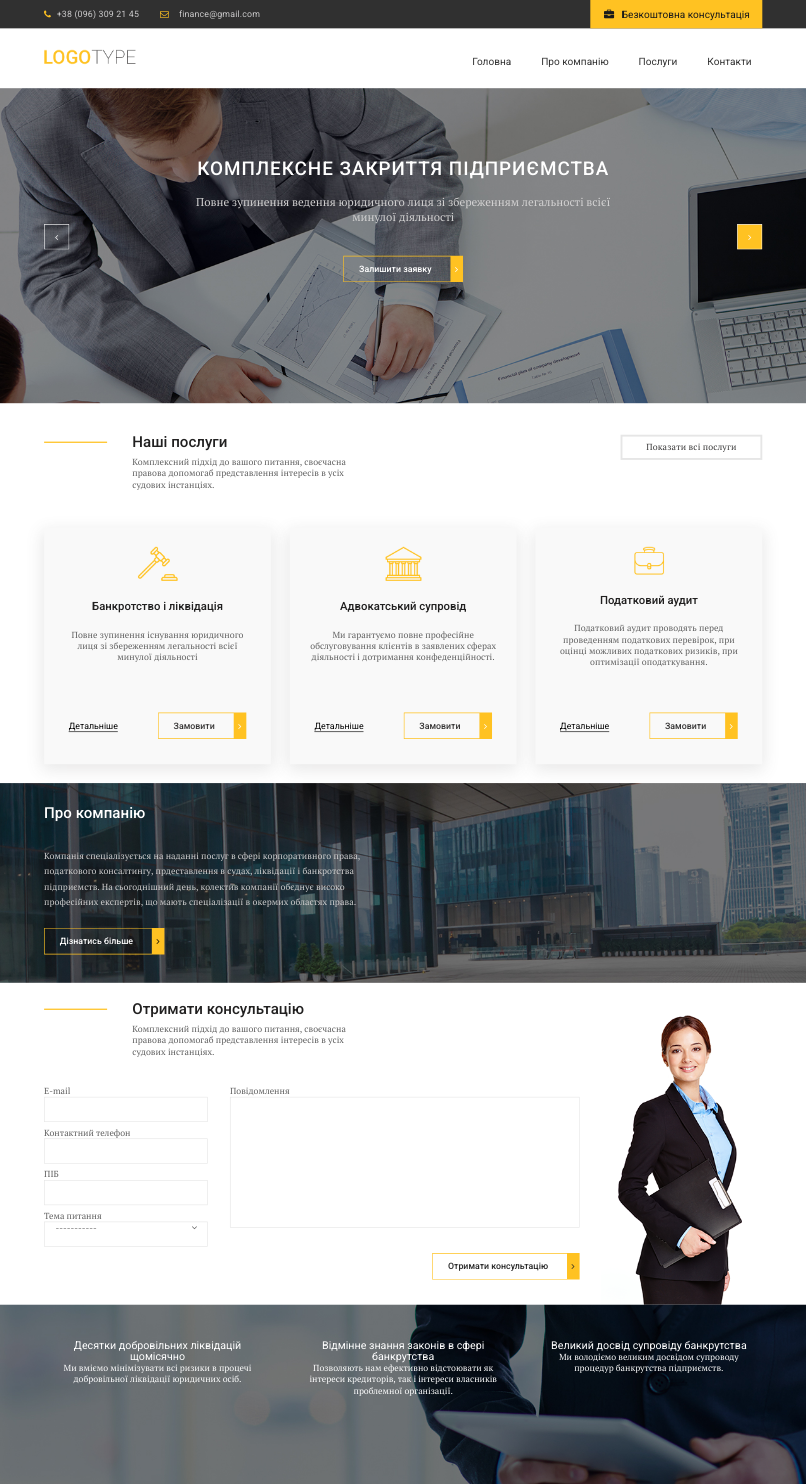
Repository: oliachipko/companysait
Page: index.html
An editor plug-in stored every save of this project. The page is shown before and after the next save, followed by the edit.
The browser window is 1280 px wide. The pictures show the whole page, at 63% of full size.

Above is the page before, as saved 2020-11-20 10:22:34.

### index.html
<!DOCTYPE html>
<html lang="en">
  <head>
    <meta charset="UTF-8" />
    <meta name="viewport" content="width=device-width, initial-scale=1.0" />
    <title>Document</title>
    <link rel="preconnect" href="https://fonts.gstatic.com" />
    <link href="https://fonts.googleapis.com/css2?family=PT+Serif:wght@400;700&family=Roboto:wght@400;500;700&display=swap"
      rel="stylesheet"/>
    <link rel="stylesheet" href="css/normalize.css" />
    <link rel="stylesheet" href="css/fonts.css" />
    <link rel="stylesheet" href="css/jquery.fancybox.min.css" />
    <link rel="stylesheet" href="css/slick.css" />
    <link rel="stylesheet" href="css/jquery.formstyler.css">
    <link rel="stylesheet" href="css/style.css" />
  </head>
  <body>
    <header class="header">
      <div class="header__top">
        <div class="container">
          <div class="header__contacts">
            <a class="header__phone" href="tel:380963092145">+38 (096) 309 21 45</a>
            <a class="header__email" href="#">finance@gmail.com</a>
            <a data-fancybox data-src="#modal" href="javascript:;" href="#" class="header__btn">
              Безкоштовна консультація
            </a>
          </div>
        </div>
      </div>
      <div class="header__content">
        <div class="container">
          <div class="header__content-inner">
            <div class="header__logo">
              <a href="#">
                <img src="img/logo.png" alt="" />
              </a>
            </div>
            <nav class="menu">
              <ul>
                <li><a href="#">Головна</a></li>
                <li><a href="#">Про компанію</a></li>
                <li><a href="#">Послуги</a></li>
                <li><a href="#">Контакти</a></li>
              </ul>
            </nav>
          </div>
        </div>
      </div>
    </header>
    <section class="slider">
      <div class="container">
        <div class="slider__inner">
          <div class="slider__item">
            <div class="slider__item-content">
              <div class="slider__title">КОМПЛЕКСНЕ ЗАКРИТТЯ ПІДПРИЄМСТВА</div>
              <div class="slider__text">
                Повне зупинення ведення юридичного лиця зі збереженням
                легальності всієї минулої діяльності
              </div>
              <a data-fancybox data-src="#modal" href="javascript:;" class="slider__btn default-btn">
                Залишити заявку
              </a>
            </div>
          </div>

          <div class="slider__item">
            <div class="slider__item-content">
              <div class="slider__title">КОМПЛЕКСНЕ ЗАКРИТТЯ ПІДПРИЄМСТВА</div>
              <div class="slider__text">
                Повне зупинення ведення юридичного лиця зі збереженням
                легальності всієї минулої діяльності
              </div>
              <a data-fancybox data-src="#modal" href="javascript:;" class="slider__btn default-btn">
                Залишити заявку
              </a>
            </div>
          </div>

          <div class="slider__item">
            <div class="slider__item-content">
              <div class="slider__title">КОМПЛЕКСНЕ ЗАКРИТТЯ ПІДПРИЄМСТВА</div>
              <div class="slider__text">
                Повне зупинення ведення юридичного лиця зі збереженням
                легальності всієї минулої діяльності
              </div>
              <a data-fancybox data-src="#modal" href="javascript:;"class="slider__btn default-btn">
                Залишити заявку
              </a>
            </div>
          </div>
        </div>
      </div>
    </section>
    <section class="services">
      <div class="container">
        <div class="services__top">
          <div class="services__title-box">
            <div class="services__title">Наші послуги</div>
            <div class="services__text">
              Комплексний підхід до вашого питання, своєчасна правова допомогаб
              представлення інтересів в усіх судових інстанціях.
            </div>
          </div>
          <div class="services__btn">
          <a href="" class="services__btn"> Показати всі послуги </a>
        </div>
      </div>
      <div class="services__items">
        <div class="services__item">
          <img src="img/about-1.png" alt="">
          <div class="services__item-title">
            Банкротство і ліквідація
          </div>
          <div class="services__item-text">
            Повне зупинення існування юридичного лиця зі збереженням легальності всієї
            минулої діяльності
          </div>
          <div class="services__item-btn">
            <a class="services__item-link" href="#">Детальніше</a>
            <a data-fancybox data-src="#modal" href="javascript:;" class="default-btn">
                Замовити
            </a>
          </div>
        </div>

        <div class="services__item">
          <img src="img/about-2.png" alt="">
          <div class="services__item-title">
            Адвокатський супровід
          </div>
          <div class="services__item-text">
            Ми гарантуємо повне професійне обслуговування клієнтів в заявлених сферах
            діяльності і дотримання конфеденційності.
          </div>
          <div class="services__item-btn">
            <a class="services__item-link" href="#">Детальніше</a>
            <a data-fancybox data-src="#modal" href="javascript:;" class="default-btn">
                Замовити
            </a>
          </div>
        </div>

        <div class="services__item">
          <img src="img/about-3.png" alt="">
          <div class="services__item-title">
            Податковий аудит
          </div>
          <div class="services__item-text">
            Податковий аудит проводять перед проведенням податкових перевірок, при оцінці можливих
            податкових ризиків, при оптимізації оподаткування.
          </div>
          <div class="services__item-btn">
            <a class="services__item-link" href="#">Детальніше</a>
            <a data-fancybox data-src="#modal" href="javascript:;" class="default-btn">
                Замовити
            </a>
          </div>
        </div>
      </div>
    </section>
    <section class="about">
      <div class="container">
        <div class="about__inner">
        <div class="about__title">
          Про компанію
        </div>
        <div class="about__text">
          Компанія спеціалізується на наданні послуг в сфері корпоративного права, податкового
          консалтингу, прдеставлення в судах, ліквідації і банкротства підприємств. На
          сьогоднішний день, колектив компанії обєднує
          високо професійних експертів, що мають
          спеціалізації в окермих областях права.

        </div>
        <a  href="#" class="about__btn default-btn">
          Дізнатись більше
      </a>

      </div>
    </div>
    </section>
    <section class="form">
     <div class="container">
       <div class="form__inner">
         <div class="form__content">
          <div class="form__title-box">
            <div class="form__title">
              Отримати консультацію
            </div>
            <div class="form__text">
              Комплексний підхід до вашого питання, своєчасна правова допомогаб
              представлення інтересів в усіх судових інстанціях.
            </div>
          </div>
          <div class="form__box">
            <form>
              <div class="form__box-inner">
                <div class="form__box-left">
                  <label>
                  E-mail
                    <input type="text">
                  </label>
                  <label>
                  Контактний телефон
                    <input type="text">
                  </label>
                  <label>
                  ПІБ
                    <input type="text">
                  </label>
                  <label>
                    Тема питання
                    <select>
                      <option>-----------</option>
                      <option>-----------</option>
                      <option>-----------</option>
                      <option>-----------</option>
                    </select>
                  </label>

                </div>
                <div class="form__box-right">
                  <label>
                    Повідомлення
                    <textarea></textarea>
                  </label>
                  <button class="default-btn" type="submit">Отримати консультацію</button>
                </div>
              </div>
            </form>
          </div>

         </div>
       </div>
     </div>
    </section>
    <section class="advantages">
      <div class="container">
        <div class="advantages__inner">
          <div class="advantages-item">
            <div class="advantages__title">
              Десятки добровільних ліквідацій щомісячно

            </div>
            <div class="advantages__text">
              Ми вміємо мінімізувати всі ризики в процечі
              добровільної ліквідації юридичних осіб.
            </div>
          </div>
          <div class="advantages-item">
             <div class="advantages__title">
            Відмінне знання законів в сфері банкрутства
            </div>
          <div class="advantages__text">
            Позволяють нам ефективно відстоювати як інтереси кредиторів,
            так і інтереси власників проблемної організації.
          </div>
        </div>
        <div class="advantages-item">
          <div class="advantages__title">
          Великий досвід супровіду банкрутства
        </div>
        <div class="advantages__text">
          Ми володіємо великим досвідом супроводу процедур
          банкрутства підприємств.
        </div>
      </div>
    </div>
    </div>
    </section>




    <div id="modal">
      <h2>Hello!</h2>
      <p>You are awesome!</p>
    </div>

    <script src="https://ajax.googleapis.com/ajax/libs/jquery/3.5.1/jquery.min.js"></script>
    <script src="js/jquery.fancybox.min.js"></script>
    <script src="js/slick.min.js"></script>
    <script src="js/jquery.formstyler.min.js"></script>
    <script src="js/main.js"></script>
  </body>
</html>

### css/fonts.css
@font-face {
  font-family: 'icomoon';
  src:  url('../fonts/icomoon.eot?nqt5zc');
  src:  url('../fonts/icomoon.eot?nqt5zc#iefix') format('embedded-opentype'),
    url('../fonts/icomoon.ttf?nqt5zc') format('truetype'),
    url('../fonts/icomoon.woff?nqt5zc') format('woff'),
    url('../fonts/icomoon.svg?nqt5zc#icomoon') format('svg');
  font-weight: normal;
  font-style: normal;
  font-display: block;
}

[class^="icon-"], [class*=" icon-"] {
  /* use !important to prevent issues with browser extensions that change fonts */
  font-family: 'icomoon' !important;
  speak: never;
  font-style: normal;
  font-weight: normal;
  font-variant: normal;
  text-transform: none;
  line-height: 1;

  /* Better Font Rendering =========== */
  -webkit-font-smoothing: antialiased;
  -moz-osx-font-smoothing: grayscale;
}

.icon-envelope-o:before {
  content: "\f003";
}
.icon-check:before {
  content: "\f00c";
}
.icon-map-marker:before {
  content: "\f041";
}
.icon-phone:before {
  content: "\f095";
}
.icon-briefcase:before {
  content: "\f0b1";
}
.icon-bars:before {
  content: "\f0c9";
}
.icon-navicon:before {
  content: "\f0c9";
}
.icon-reorder:before {
  content: "\f0c9";
}
.icon-angle-left:before {
  content: "\f104";
}
.icon-angle-right:before {
  content: "\f105";
}
.icon-quote-left:before {
  content: "\f10d";
}
.icon-quote-right:before {
  content: "\f10e";
}
.icon-ellipsis-v:before {
  content: "\f142";
}

### css/style.css
* {
    box-sizing: border-box;
}

a{
    text-decoration: none;
    display: inline-block;
}

ul,
li{
    list-style: none;
    margin: 0;
    padding: 0;
}
.container{
    max-width: 1170px;
    margin: 0 auto;
    padding: 0 15px;
}

body{
    font-family: 'PT Serif', serif;
    /*font-family: 'Roboto', sans-serif;*/
    font-weight: 400px;
    font-size: 14px;
    line-height: 18px;
    color: #5e5e5e;

}
header {
    font-family: 'Roboto', sans-serif;
}
.header__top{
   background-color: #303030;
}
.header__btn {
    float: right;
    line-height: 36px;
    color: #1b1b1b;
    background-color: #ffc222;
    padding: 5px 20px 4px 50px;
    font-size: 16px;
    position: relative;
}
.header__btn:before {
    content: "\f0b1";
    font-family: 'icomoon';
    position: absolute;
    left: 22px;
    color: #1b1b1b;
}
.header__contacts:after {
    content: "";
    clear: both;
    display: block;
}
.header__phone,
.header__email {
    color:#cbcacb;
    letter-spacing: 0.25px;
    line-height: 45px;
    position: relative;
}
.header__phone {
    padding-left: 20px;
    padding-right: 30px;
}
.header__phone:before {
    content: "\f095";
    font-family: 'icomoon';
    position: absolute;
    left: 0;
    color: #ffc222;
}
.header__email{
    padding-left: 30px;
}
.header__email:before {
    content: "\f003";
    font-family: 'icomoon';
    position: absolute;
    left: 0;
    color: #ffc222;
}
.header__content {
    padding: 34px 0px 23px;
}
.header__content-inner{
    display: flex;
    justify-content: space-between;
}
.menu li {
    display: inline-block;
}
.menu a{
    color: #323232;
    font-size: 16px;
    line-height: 36px;
    border: 1px solid transparent;
    padding: 0px 16px;
    transition: all .3s;
}
.menu a:hover {
    border-color: #ffc222;
}
.menu li + li{
    padding-left: 10px;
}
#modal {
    display: none;
}
.slider{
    background-image: url(../img/slider-fon.jpg);
    background-repeat: no-repeat;
    background-size: cover;
    background-position: center;
    min-height: 500px;
}
.slider__item-content{
    text-align: center;
    padding-top: 110px;
    max-width: 665px;
    margin: 0 auto;
}
.slider__title{
    text-transform: uppercase;
    font-size: 30px;
    line-height: 36px;
    color: white;
    font-weight: 500;
    letter-spacing: 1.5px;
    margin-bottom: 22px;
    font-family: 'Roboto', sans-serif;
}
.slider__text{
    line-height: 24px;
    font-size: 18px;
    color: #d3d2d2;
    margin-bottom: 50px;
}

.default-btn {
    display: inline-block;
    color: white;
    font-size: 14px;
    line-height: 24px;
    font-weight: 500;
    font-family: 'Roboto', sans-serif;
    padding: 8px 30px 8px 24px;
    border: 1px solid #ffc222;
    border-right-width: 20px;
    position: relative;
    z-index: 2;
    outline: none;
}
.default-btn:after {
    content: "\f105";
    font-family: 'icomoon';
    position: absolute;
    top: 50%;
    transform: translateY(-50%);
    right: -12px;
}


.slider__inner {
    position: relative;
}
.slick-btn {
    position: absolute;
    top: 70%;
    z-index: 3;
    width: 40px;
    height: 40px;
    border: 1px solid white;
    cursor: pointer;
    outline: none;
    background-color: #ffc222;
}
.slick-btn.slick-disabled {
    cursor: default;
    background-color: transparent;

}
.slick-btn:before{
    position: absolute;
    top: 50%;
    left: 50%;
    transform: translate(-50%, -50%);
    font-family: 'icomoon';
    color: white;

}
.slick-next:before{
    content: "\f105";
}
.slick-prev:before {
    content: "\f104";
}
.slick-next{
    right: 0;
}
.slick-prev{
    left: 0;
}
.services {
    padding: 50px 0px 30px;
}
.services__top{
    display: flex;
    justify-content: space-between;
    margin-bottom: 60px;
}
.services__title-box,
.form__title-box{
    max-width: 520px;
    padding-left: 140px;
    position: relative;
}
.services__title-box:before,
.form__title-box:before {
    content: "";
    position: absolute;
    width: 100px;
    height: 2px;
    background-color: #ffc222;
    left: 0;
    top: 11px;
}
.services__title,
.form__title{
    font-size: 24px;
    font-weight: 500;
    line-height: 24px;
    color: #212020;
    font-family: 'Roboto', sans-serif;
    margin-bottom: 10px;
}
.services__text,
.form__text{
    letter-spacing: 0.1px;
}
.services__btn a{
    color: #373636;
    line-height: 24px;
    letter-spacing: 0.25px;
    padding: 5px 38px;
    border: 3px solid #e6e6e6;
}
.services__items {
    display: flex;
    justify-content: space-between ;
}
.services__item {
    max-width: 360px;
    text-align: center;
    padding: 30px 0px 80px;
    position: relative;
    min-height: 375px;
    background-color: #f9f9f9;
    box-shadow: 0px 7px 24.3px 2.7px rgba(91, 89, 89, 0.14);
}
.services__item-title{
    color: #212020;
    font-size: 18px;
    line-height: 24px;
    font-weight: 500;
    font-family: 'Roboto', sans-serif;
    padding: 24px 0;
}
.services__item-text{
    letter-spacing: 0.1px;
    padding: 0px 30px 30px;
}
.services__item-btn {
    position: absolute;
    bottom: 40px;
    left: 0;
    right: 0;
}
.services__item-btn .default-btn {
    color: #373636;

}
.services__item-btn .default-btn:after {
    color: #ffffff;
}
.services__item-link{
    color: #050505;
    font-family: 'Roboto', sans-serif;
    border-bottom: 1px solid #050505 ;
    margin-right: 60px;
}
.about {
    background-image: url(../img/about-fon.jpg);
    background-size: cover;
    background-position: center;
    min-height: 300px;
    background-repeat: no-repeat;
    padding: 25px 0px 45px;

}
.about__inner{
    max-width: 545px;
}
.about__title{
    padding: 10px 0px 25px;
    margin-bottom: 20px;
    font-size: 24px;
    line-height: 24px;
    color: #fff;
    font-weight: 500;
    font-family: 'Roboto', sans-serif;
}
.about__text {
    margin-bottom: 30px;
    letter-spacing: 0.1px;
    line-height: 24px;
    color: #d3d2d2;
}
.about__btn.default-btn:after {
    color: #000;
}
.form {
    padding-top: 30px;
}
.form__inner {
    padding-bottom: 40px;
    background-image: url(../img/form-fon.png);
    min-height: 460px;
    background-repeat: no-repeat;
    background-position: bottom right;
}
.form__box{
    max-width: 850px;
    padding-top: 45px;
}
.form__box-inner {
    display: flex;
    justify-content: space-between;
}
.form__box-left{
    max-width: 260px;
    width: 100%;

}
.form__box-right{
    max-width: 555px;
    width: 100%;
}
.form__box-inner label,
.form__box-inner input,
.form__box-inner textarea{
    display: block;
    width: 100%;
}
.form__box-iiner label{
    line-height: 36px;
    color: #282828;
    font-family: 'Roboto', sans-serif;
}
.form__box-inner input{
    margin-bottom: 8px;
    outline: none;
    height: 40px;
    border: 1px solid #e6e6e6;
}
.form__box-inner select{
    outline: none;
    padding-left: 17px;
}
.form__box-inner .jq-selectbox.jqselect{
    display: block;
    width: 100%;
}
.form__box-inner .jq-selectbox__select{
    height: 40px;
    border: 1px solid #e6e6e6;
    padding-left: 17px;
}
.form__box-inner .jq-selectbox__trigger-arrow:before{
    content: "\f105";
    font-family: 'icomoon';
    position: absolute;
    right: 17px;
    top: 0;
    transform: rotate(90deg);
}
.form__box-inner .jq-selectbox__dropdown {
	width: 100%;
	margin: 2px 0 0;
	padding: 0;
	border: 1px solid #e6e6e6;
	background: #FFF;
	box-shadow: 0 2px 10px rgba(0,0,0,.2);
}
.form__box-inner .jq-selectbox li {
	min-height: 18px;
	padding: 5px 17px 6px;
	color: #231F20;
}
.form__box-inner .jq-selectbox li.selected {
	background-color: #A3ABB1;
	color: #FFF;
}
.form__box-inner .jq-selectbox li:hover {
	background-color: #08C;
	color: #FFF;
}
.form__box-inner .jq-selectbox li.disabled {
	color: #AAA;
}
.form__box-inner .jq-selectbox li.disabled:hover {
	background: none;
}
.form__box-inner .jq-selectbox li.optgroup {
	font-weight: bold;
}
.form__box-inner .jq-selectbox li.optgroup:hover {
	background: none;
	color: #231F20;
	cursor: default;
}
.form__box-inner .jq-selectbox li.option {
	padding-left: 25px;
}
.form__box-inner textarea{
    outline: none;
    border: 1px solid #e6e6e6;
    padding: 10px;
    height: 208px;
    resize: none;
    margin-bottom: 40px;
}
.form__box-inner button{
    background-color: transparent;
    color: #282828;
    float: right;
}
.advantages{
    padding: 55px 0px 40px;
    background-image: url(../img/adv-fon.jpg);
    background-repeat: no-repeat;
    background-position: center;
    min-height: 285px;
    block-size: cover;
}
.advantages__inner{
    color: #fff;
    text-align: center;
    display: flex;
    justify-content: space-between;
}
.advantages-item{
    max-width: 360px;
    padding: 0px 20px;
}
.advantages__title{
    font-family: 'Roboto', sans-serif;
    font-size: 17px;
}

### js/main.js
$(function(){

$('.slider__inner').slick({
    nextArrow: '<button type="button" class="slick-btn slick-next"></button>',
    prevArrow: '<button type="button" class="slick-btn slick-prev"></button>',
    infinite: false

});
    $('select').styler();

});

Loaded but not shown: css/normalize.css (library); css/jquery.fancybox.min.css (library); css/slick.css (common file); css/jquery.formstyler.css (common file); js/jquery.fancybox.min.js (library); js/slick.min.js (library); js/jquery.formstyler.min.js (library)

After the next save:
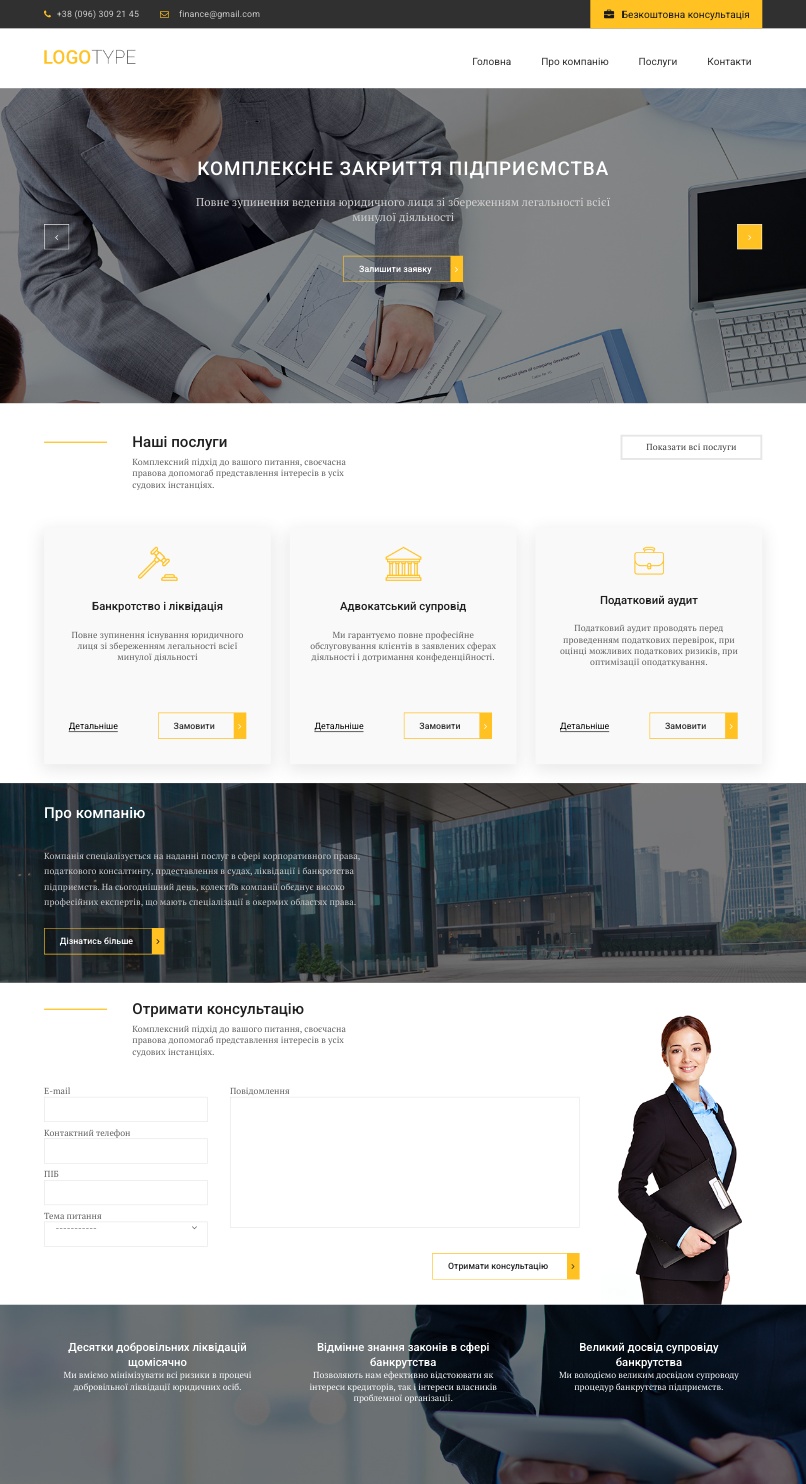
Saved 29 s later.
--- a/css/style.css
+++ b/css/style.css
@@ -458,5 +458,7 @@ header {
 }
 .advantages__title{
     font-family: 'Roboto', sans-serif;
-    font-size: 17px;
-}
+    font-size: 18px;
+    line-height: 24px;
+    font-weight: 500;
+}
